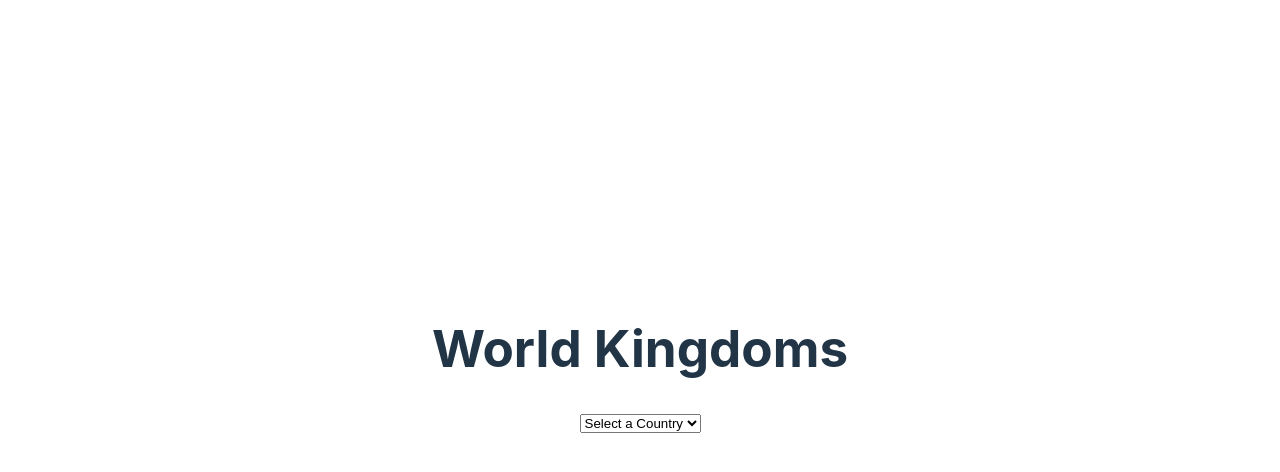
Repository: GloGlorGloria/COMP3170-lab7
Page: /
These files come from the project's save history. The page is drawn as it stood at one moment and after the next save; the edit follows.
The browser window is 1280 px wide. The pictures show the whole page.
The page's requests for data from a server got no answer. The project was rebuilt for these pictures with package versions that can differ from the ones it lists, and the page was loaded fresh each time. No one was signed in, and anything a server would have sent is missing. Also part of the build but not shown: vite.config.js, src/components/Countries.jsx, src/components/Details.jsx.

Above is the page before, as saved 2024-11-23 13:26:57.

### index.html
<!doctype html>
<html lang="en">
  <head>
    <meta charset="UTF-8" />
    <link rel="icon" type="image/svg+xml" href="/Globe icon.png" />
    <meta name="viewport" content="width=device-width, initial-scale=1.0" />
    <title>World Kingdoms</title>
  </head>
  <body>
    <div id="root"></div>
    <script type="module" src="/src/main.jsx"></script>
  </body>
</html>

### src/App.jsx
import { BrowserRouter, Routes, Route } from 'react-router-dom';
import Countries from './components/Countries';
import Landing from './components/Landing';
import Details from './components/Details';
import './App.css'

function App() {
  return (
       <BrowserRouter>
        <Routes>
          <Route path="/">
            <Route index element={<Landing/>}/>
            <Route path="countries/:name?" element={<Countries/>}/>
          </Route>
        </Routes>
       </BrowserRouter>
  );
}

export default App

### src/components/Landing.jsx
import { useEffect, useState } from 'react';


function Landing() {
  const [countries, setCountries] = useState([]);
  const [fetchStatus, setFetchStatus] = useState('idle');

  const isLoading = fetchStatus === 'loading';
  const isError = fetchStatus === 'error';

  useEffect(() => {
    async function fetchData() {
      try {
        setFetchStatus('loading');
        const response = await fetch('https://restcountries.com/v3.1/all');
        const data = await response.json();
        setCountries(data.slice(0, 17));
        setFetchStatus('idle');
        console.log(countries);
      } catch(e){
        setFetchStatus('error');
        console.error(e.message);
      }
    }
    fetchData();
  }, []);
  console.log(countries);

  const handleCountrySelect = (event) => {
    const countryName = event.target.value;
    const selectedCountry = countries.find((country) => country.name.common === countryName);
    console.log(selectedCountry);
    console.log(`/countries/${selectedCountry.cca2}`);
    navigate(`/countries/${selectedCountry.cca2}`, { state: {selectedCountry} });
  };

  return (
    <div>
      <h1>World Kingdoms</h1>
      <div className='select_container'>
        <select onChange={handleCountrySelect} >
          <option defaultValue={"Select a Country"} >Select a Country</option>
          {countries.map((country, index) => (
            <option
            key={index}
            value={country.name.common}
            >
            {country.name.common}
            </option>
          ))}
        </select>
      </div>

      {/* <Outlet/> */}

      {/* {isLoading ? (
        <p>Loading data...</p>
        ) : isError ? (
        <p>Opps sorry! Error in fetching data</p>
        ) : (
        <Countries data={countries} />
        )} */}
      </div>
    );
  }

  export default Landing;

Loaded but not shown: src/main.jsx (common file); src/index.css (common file); src/App.css (common file)

After the next save:
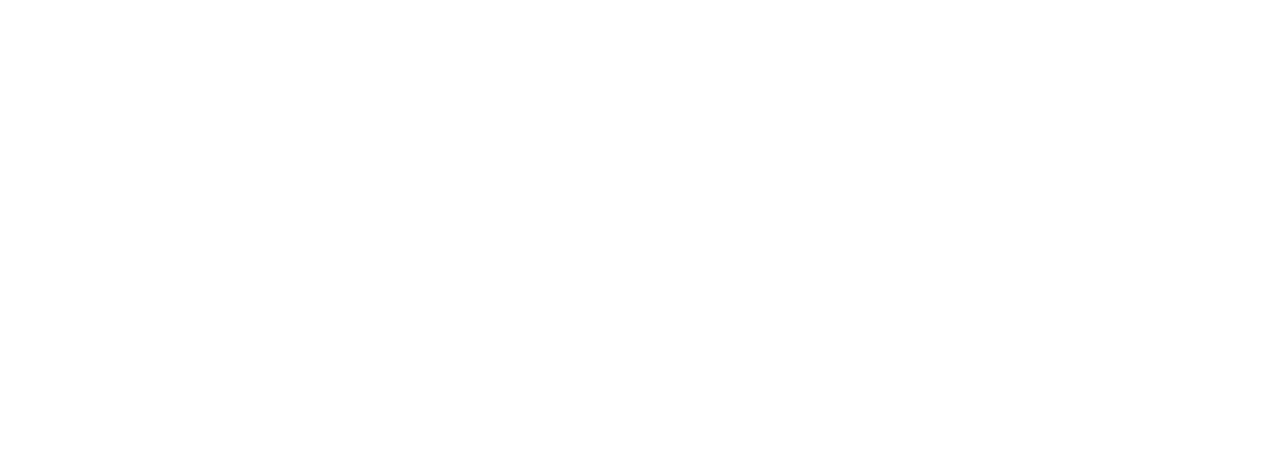
Console error: ReferenceError: useNavigate is not defined
Saved 77 s later.
--- a/src/components/Landing.jsx
+++ b/src/components/Landing.jsx
@@ -4,7 +4,7 @@
 function Landing() {
   const [countries, setCountries] = useState([]);
   const [fetchStatus, setFetchStatus] = useState('idle');
-
+  const navigate = useNavigate();
   const isLoading = fetchStatus === 'loading';
   const isError = fetchStatus === 'error';
 

After the save that followed:
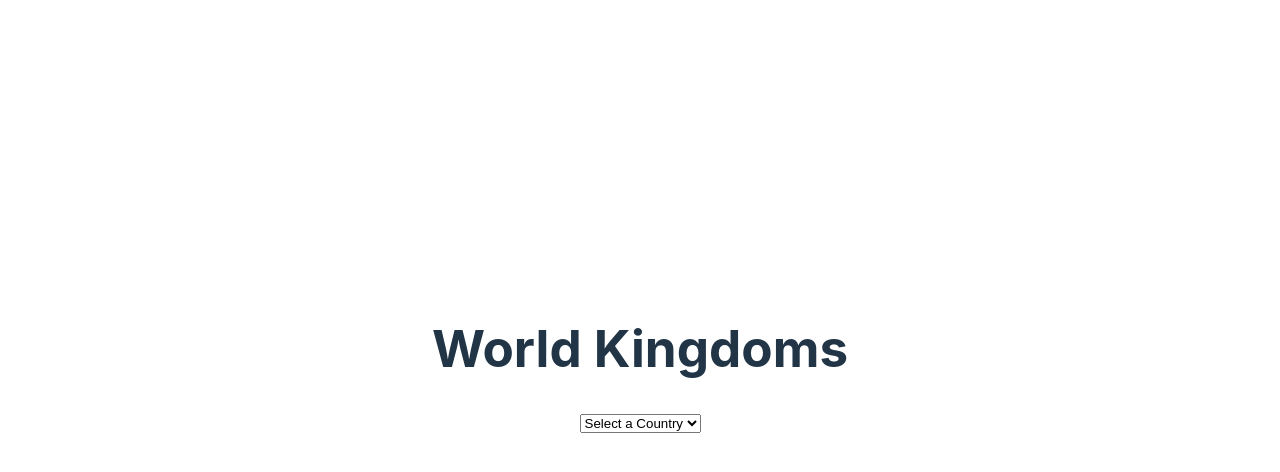
The error is gone.
Saved 19 s later.
--- a/src/components/Landing.jsx
+++ b/src/components/Landing.jsx
@@ -1,4 +1,5 @@
 import { useEffect, useState } from 'react';
+import { useNavigate } from "react-router-dom";
 
 
 function Landing() {
